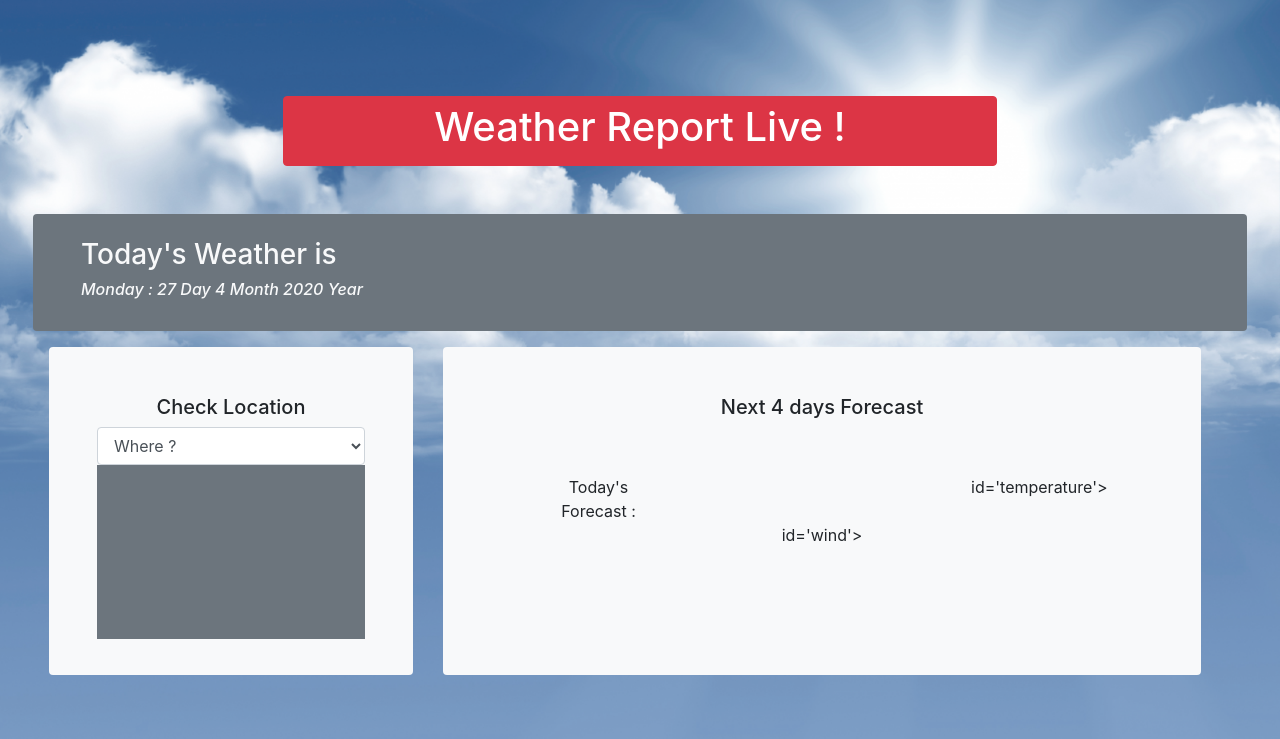
Repository: Code-Institute-Submissions/projectchen88-weatherForecast
Page: index.html
The author's editor kept a record of every edit. The page is drawn from the files as they stood at one moment, then again after the next edit.
The browser window is 1280 px wide. The pictures show the whole page.
The page's requests for data from a server got no answer.

Above is the page before.
Console error (its wording comes from the project's code and is left out).

### index.html
<!doctype html>
<html lang="en">

<head>
    <!-- Required meta tags -->
    <meta charset="utf-8">
    <meta name="viewport" content="width=device-width, initial-scale=1, shrink-to-fit=no">
    <!--AXIOS link-->
    <script src="https://unpkg.com/axios/dist/axios.min.js"></script>
    <!-- Bootstrap CSS -->
    <link rel="stylesheet" href="https://stackpath.bootstrapcdn.com/bootstrap/4.4.1/css/bootstrap.min.css" integrity="sha384-Vkoo8x4CGsO3+Hhxv8T/Q5PaXtkKtu6ug5TOeNV6gBiFeWPGFN9MuhOf23Q9Ifjh" crossorigin="anonymous">
    <!--Custom CSS-->
    <link rel="stylesheet" href="styles/style.css" type="text/css" />
    <title>Hello, world!</title>
</head>

<body>
    <main id='main-page' class='container-fluid p-5'>
        <!--Header-->
        <div class="row">
            <div class="col-md-8 col-12 p-md-5 p-3 mx-auto">
                <span class='btn btn-danger w-100'><h1>Weather Report Live ! </h1></span>
            </div>
        </div>

        <!--Current Weather -->
        <div class="row">
            <div class="col-12 px-5 py-4 bg-secondary text-light rounded">
                <h3>Today's Weather is <span id='status'></span></h3>
                <h6 id='dateToday' class='font-italic'></h6>
            </div>
            <div id='display-section' class="col-12 p-3 bg-transparent">
                <div class="box row">
                    <!--Check and display weather of location selected-->
                    <div class="box col-md-4 col-12 mx-auto text-center">
                        <div class="box p-5 bg-light rounded">
                            <h5>Check Location</h5>
                            <div >
                                <select class='form-control' id="select">
                                    <option>Where ?</option>
                                </select>
                            </div>
                            <div class='display-box p-5 bg-secondary'>
                                <h1 id='weather' class='font-bolder text-light'></h1>
                            </div>
                        </div>
                    </div>

                    <!--Display 4 days forecast-->
                    <div class="box col-md-8 col-12 mx-auto text-center">
                        <div class="box p-5 bg-light rounded">
                            <h5>Next 4 days Forecast</h5>
                            <div class='display-box p-5'>
                                <div class="row">
                                    <div class="col-3"> Today's Forecast :
                                        <span id='forecast'></span>
                                    </div>
                                    <div class="col-3">
                                        <span id='humidity'></span>
                                    </div>
                                    <div class="col-3"></div> id='temperature'></div>
                                    <div class="col-3"></div> id='wind'></div>
                                </div>
                            </div>
                        </div>
                    </div>


                </div>
            </div>
        </div>

    </main>


    <!-- Optional JavaScript -->
    <!-- jQuery first, then Popper.js, then Bootstrap JS -->
    <script src="https://code.jquery.com/jquery-3.4.1.js" integrity="sha256-WpOohJOqMqqyKL9FccASB9O0KwACQJpFTUBLTYOVvVU=" crossorigin="anonymous"></script>
    <script src="https://cdn.jsdelivr.net/npm/popper.js@1.16.0/dist/umd/popper.min.js" integrity="sha384-Q6E9RHvbIyZFJoft+2mJbHaEWldlvI9IOYy5n3zV9zzTtmI3UksdQRVvoxMfooAo" crossorigin="anonymous"></script>
    <script src="https://stackpath.bootstrapcdn.com/bootstrap/4.4.1/js/bootstrap.min.js" integrity="sha384-wfSDF2E50Y2D1uUdj0O3uMBJnjuUD4Ih7YwaYd1iqfktj0Uod8GCExl3Og8ifwB6" crossorigin="anonymous"></script>
    <!--Custom JS script-->
    <script type="text/javascript" src="scripts/script.js"></script>
</body>

</html>

### scripts/script.js
/*  global $ axios */

var source1 = "https://api.data.gov.sg/v1/environment/2-hour-weather-forecast"
var source2 = "https://api.data.gov.sg/v1/environment/4-day-weather-forecast"
var forecastData =[]
var tempData =[]
var option =[]
var status


//AXIO TO GET DATA FROM JSON FILE (local)
function getForecast(callback) {
  axios.get(source1)
    .then(function(response) {
      let result = response.data;
      console.log(result)
      callback(result)
    })
}
function getTemp(callback) {
  axios.get(source2)
    .then(function(response) {
      let result = response.data.items[0].forecasts;
      console.log(result)
      callback(result)
    })
}
function displayDailyForecast( day ) {
  document.getElementById("forecast-title").innerHTML="Weather Forecast for date : " +tempData[day].date
  document.getElementById("forecast").innerHTML=tempData[day].forecast
  document.getElementById("humidity-high").innerHTML=tempData[day].relative_humidity.high
  document.getElementById("humidity-low").innerHTML=tempData[day].relative_humidity.low
  document.getElementById("temperature-high").innerHTML=tempData[day].temperature.high
  document.getElementById("temperature-low").innerHTML=tempData[day].temperature.low
  document.getElementById("wind-direction").innerHTML="The wind will be blowing in the "+tempData[day].wind.direction+" direction"
  document.getElementById("wind-speed-high").innerHTML=tempData[day].wind.speed.high
  document.getElementById("wind-speed-low").innerHTML=tempData[day].wind.speed.low

}
getTemp(function(data){
  tempData = data;
  tempData.count = 0 // tracker for the day result that is displayed
  displayDailyForecast (tempData.count)
  document.getElementById("forecast").innerHTML=tempData[0].forecast
})

getForecast( function(data) {
    forecastData = data
    status = forecastData.api_info.status
    document.getElementById("status").innerHTML = status;

    let forecastsArea = forecastData.items[0].forecasts

    var select = document.getElementById("select");
    for (let item in forecastsArea) {
      var el = document.createElement("option");
      el.textContent = forecastsArea[item].area;
      el.value = forecastsArea[item].area;
      select.appendChild(el);
    }
})

$ (function () {
  // $('#prev-day').hide();

  // Set the date of today to be displayed
  var d = new Date();
  var weekday = new Array(7);
  weekday[0] = "Sunday";
  weekday[1] = "Monday";
  weekday[2] = "Tuesday";
  weekday[3] = "Wednesday";
  weekday[4] = "Thursday";
  weekday[5] = "Friday";
  weekday[6] = "Saturday";
  var strDate = weekday[d.getDay()] + " : " + d.getDate() + " Day " + (d.getMonth()+1) + " Month " + d.getFullYear() + " Year " ;
  $('#dateToday').text(strDate)

  // Detect for change in option change in selection of area and display the weather
  $('#select').change(function(){
    // displayWeather()
    let forecastsArea = forecastData.items[0].forecasts
    for (let item in forecastsArea) {
      var select = $('#select').val()
      if (select == forecastsArea[item].area)
      $('#weather').text("The weather at "+ forecastsArea[item].area +" is expected to be "+forecastsArea[item].forecast)
    }
  })

  // Detect for change to view. forecast for next day
  $('#next-day').click( function () {
    if (tempData.count < 3) {
      tempData.count ++ ;
      displayDailyForecast(tempData.count)
      if (tempData.count >= 3) {
        // $('#next-day').hide()
      }
      $('#prev-day').text('<<')
    }
    else {
      $('#next-day').text('>>|')
    }
  })

  $('#prev-day').on('click', function () {
   if (tempData.count >= 0) {
      tempData.count -- ;
      displayDailyForecast(tempData.count)
      if (tempData.count <= 0 ) {
        $('#next-day').text(">>")
      }
      $('#prev-day').text('|<<')
    }
  })
})

Loaded but not shown: styles/style.css (common file)

After the next edit:
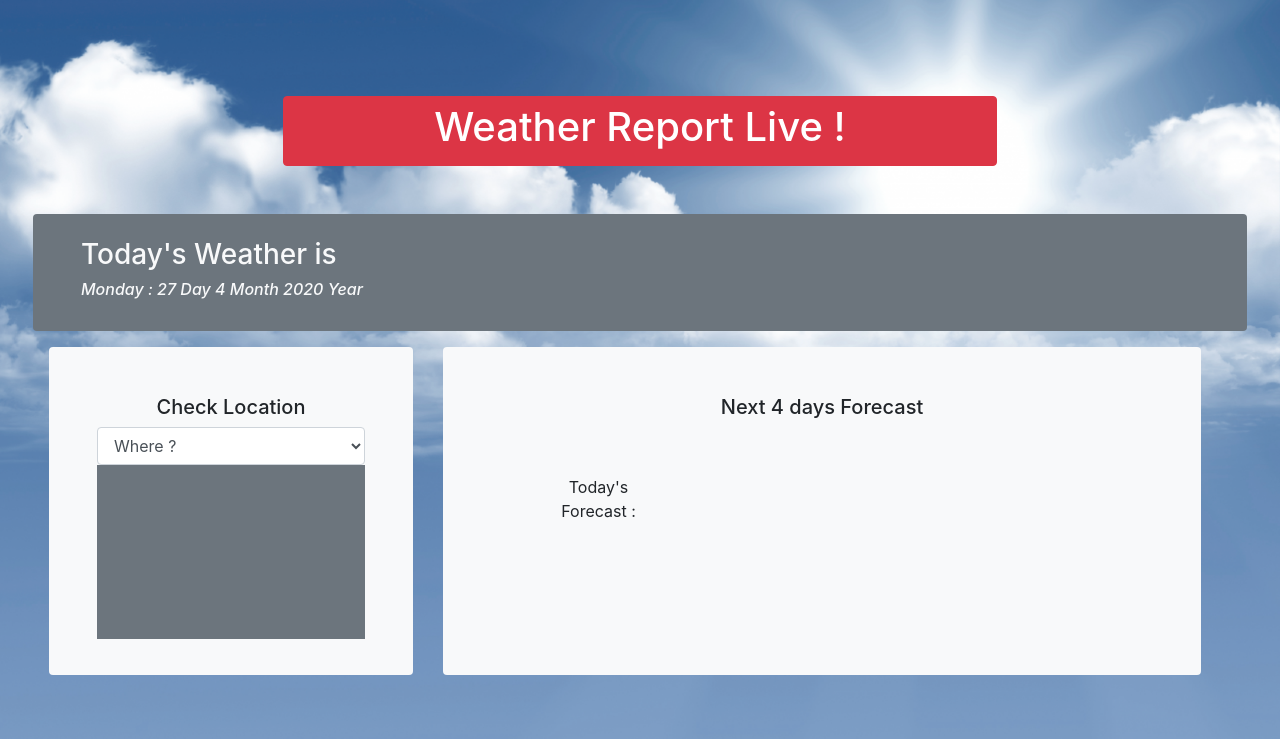
The edit:
--- a/index.html
+++ b/index.html
@@ -58,8 +58,8 @@
                                     <div class="col-3">
                                         <span id='humidity'></span>
                                     </div>
-                                    <div class="col-3"></div> id='temperature'></div>
-                                    <div class="col-3"></div> id='wind'></div>
+                                    <div class="col-3"></div><span id='temperature'></span></div>
+                                    <div class="col-3"></div><span id='wind'></span></div>
                                 </div>
                             </div>
                         </div>
